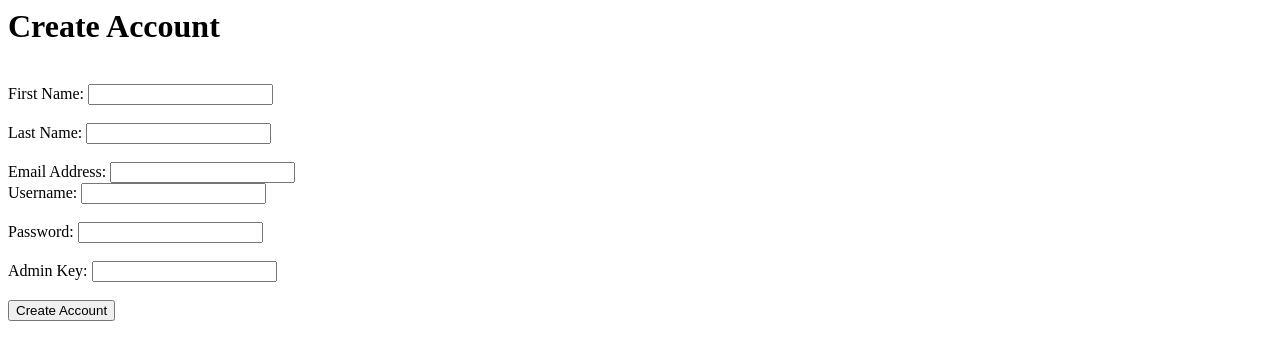
Repository: Sadiki/Expense_Reimbursement_System
Page: Ers_Project/src/main/webapp/partials/create_account.html
These files come from the project's save history. The page is drawn as it stood at one moment and after the next save; the edit follows.
The browser window is 1280 px wide. The pictures show the whole page.

Above is the page before, as saved 2018-11-07 04:37:44.

### Ers_Project/src/main/webapp/partials/create_account.html
<div id="viewContainer">
<div id= 'viewMenu'>
    <h1 class='viewTitles'>Create Account</h1>
    <br/>
    First Name:
    <input id='firstname'class='register'type='text'>
    <br/>
    <br/>
    Last Name:
	<input id='lastname'class='register'type='text'>
    <br/>
    <br/>
    Email Address:
    <input id='email'class='register'type='text'>
    <br/>
    Username:
    <input id='username'class='register'type='text'>
    <br/>
    <br/>
    Password:
    <input id='password'class='register'type='password'>
    <br/>
    <br/>
    Admin Key:
    <input id='admin_key' type='password'>
    </form>
    <br/>
    <br/>
    <button id='createAccBtn'>Create Account</button>

    <div class ="alert alert-danger" id="createAcc-mess"></div>
    </div>
</div>

After the next save:
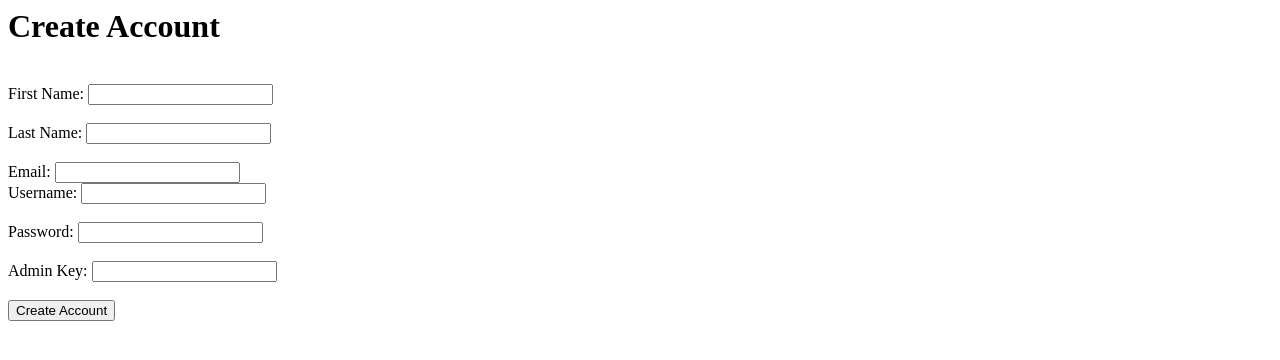
Saved 28 s later.
--- a/Ers_Project/src/main/webapp/partials/create_account.html
+++ b/Ers_Project/src/main/webapp/partials/create_account.html
@@ -10,7 +10,7 @@
 	<input id='lastname'class='register'type='text'>
     <br/>
     <br/>
-    Email Address:
+    Email:
     <input id='email'class='register'type='text'>
     <br/>
     Username:
